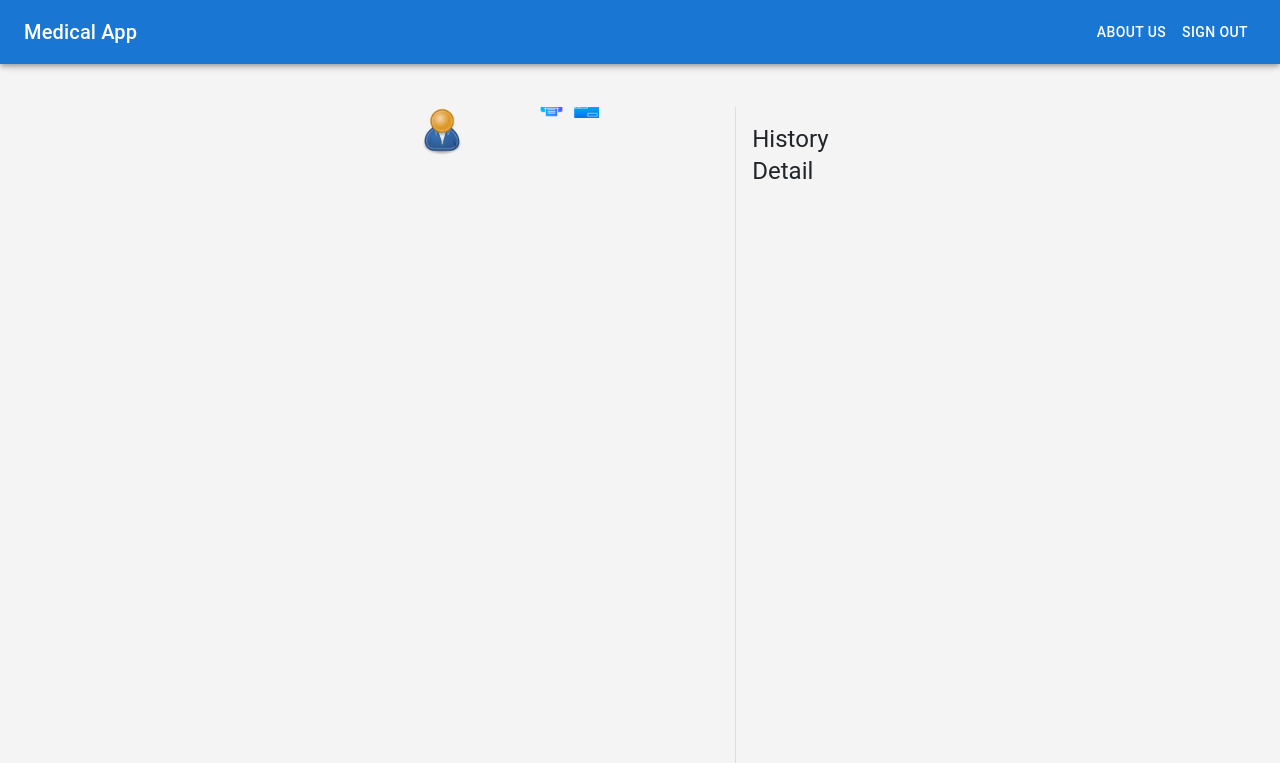
Repository: sshaiv/demo_project
Page: /
These files come from the project's save history. The page is drawn as it stood at one moment and after the next save; the edit follows.
The browser window is 1280 px wide. The pictures show the whole page.
The project was rebuilt for these pictures with package versions that can differ from the ones it lists, and the page was loaded fresh each time. Also part of the build but not shown: src/components/AddPatient.js.

Above is the page before, as saved 2024-08-12 23:55:01.

After the next save:
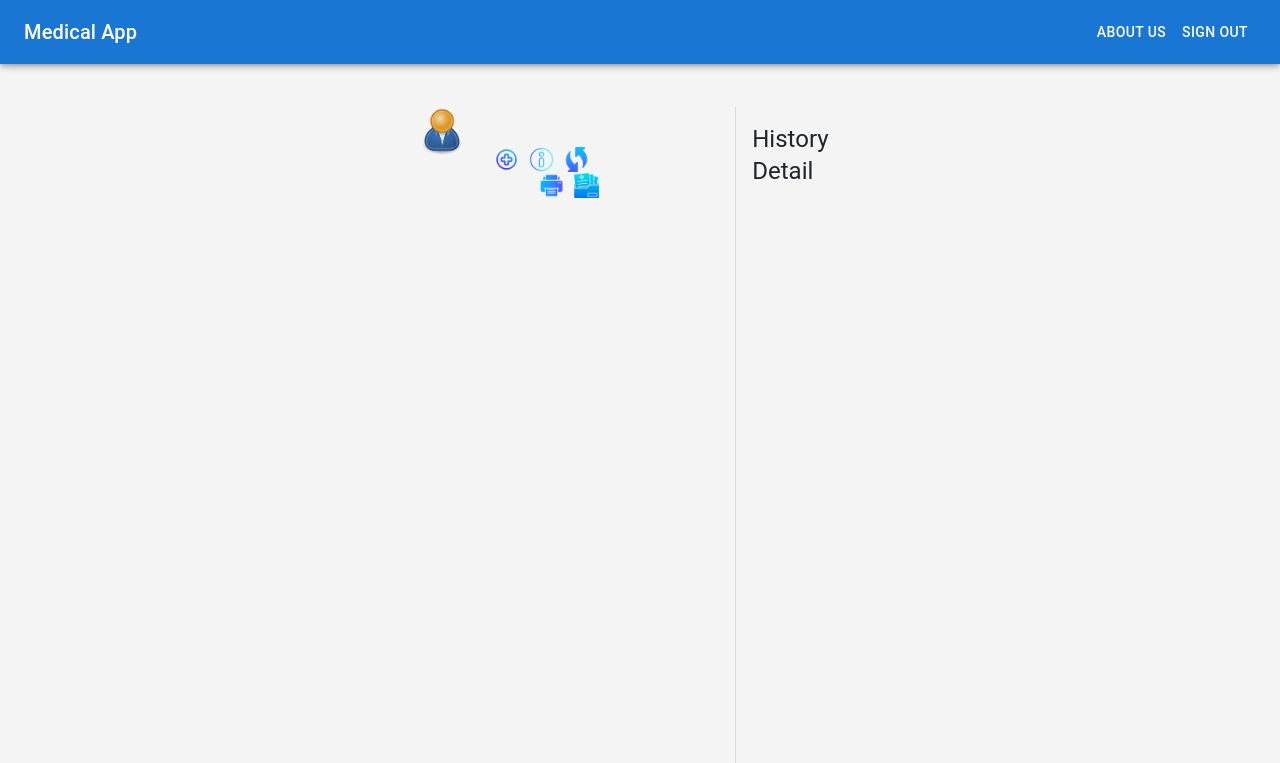
Saved 18 s later.
--- a/src/components/NursingHeader.js
+++ b/src/components/NursingHeader.js
@@ -26,7 +26,7 @@ const NursingHeader = ({setShowLogin}) => {
         {/* Action Buttons */}
         <div
         className="col-md-6"
-        style={{ textAlign: "right", position: "relative", bottom: "40px" }}
+        style={{ textAlign: "right", position: "relative", top: "40px" }}
       >
         <img
           src="/assets/addpatients.png"
